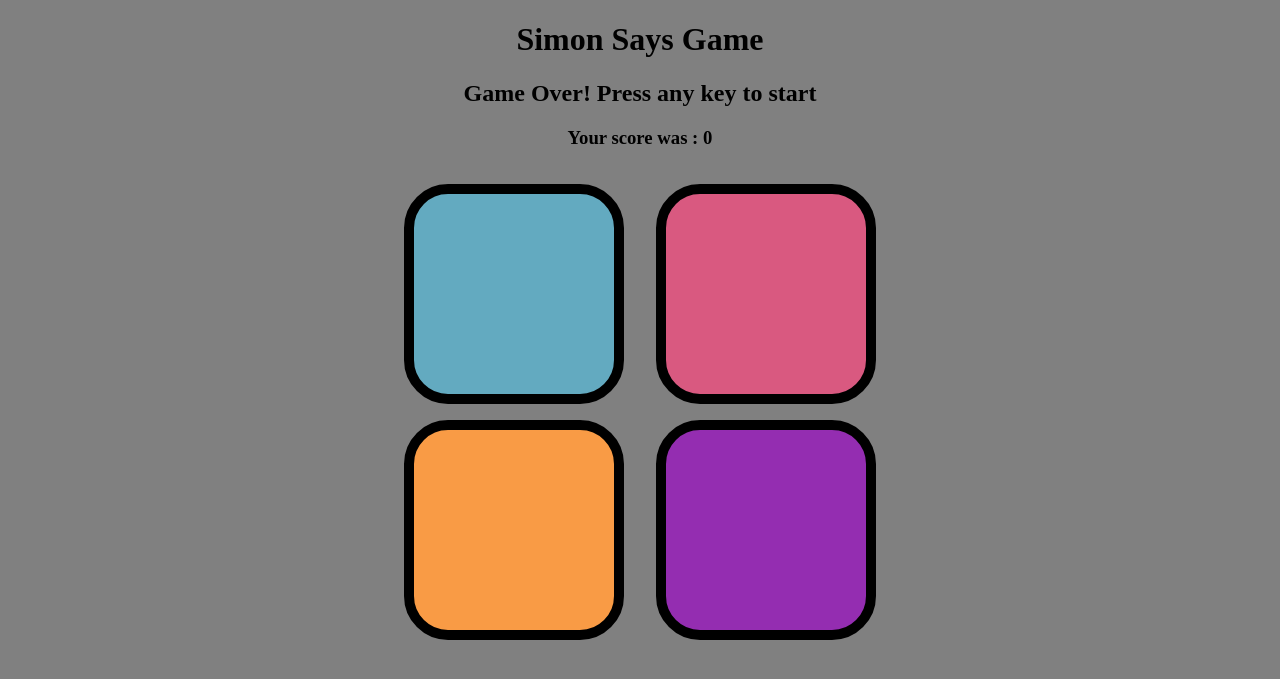
Repository: Ruchii02/javascript-mini-project
Page: index.html
An editor plug-in stored every save of this project. The page is shown before and after the next save, followed by the edit.
The browser window is 1280 px wide. The pictures show the whole page.
After loading, the first visible `#green` was clicked once.

Above is the page before, as saved 2024-07-02 11:51:49.

### index.html
<!DOCTYPE html>
<html lang="en">
<head>
    <meta charset="UTF-8">
    <meta name="viewport" content="width=device-width, initial-scale=1.0">
    <title>Document</title>
    <link rel="stylesheet" href="style.css">
</head>
<body>
   <h1>Simon Says Game</h1>
   <h2>Press any key to start game</h2>
   <h3><b></b></h3>
   <div class="btn-container">
    <div class="fline">
        <div class="btn green" type="button" id="green"></div>
        <div class="btn yellow" type="button" id="yellow"></div>
    </div>
    <div class="sline">
        <div class="btn red" type="button" id="red"></div>
        <div class="btn blue" type="button" id="blue"></div>
    </div>
   </div>
   <script src="app.js"></script>
</body>
</html>

### style.css
body{
    text-align: center;
    background-color:gray;
}
.btn{
    height: 200px;
    width: 200px;
    border-radius: 20%;
    border: 10px solid black;
    margin: 1rem;

}
.btn-container{
    display: flex;
    justify-content: center;

}
.yellow{
    background-color:#f99b45;
}
.red{
    background-color:#d95980;
}
.green{
    background-color:#63aac0;
}
.blue{
    background-color:#942db1;
}
.flash{
    background-color: white;
}
.userFlash{
    background-color: rgb(107, 209, 107);
}

### app.js
let gameSeq=[];
let userSeq=[];
 let start = false;
 let level=0;
let btns =["yellow","green","red" , "blue"];
let h2= document.querySelector("h2");
let h3 = document.querySelector("h3");
 document.addEventListener("keypress" , function(){
   if(start==false){
    console.log("game started");
    start = true;

     levelup();
   }
 });

 function btnFlash(btn){
    btn.classList.add("flash");
    //let f = document.querySelector(".flash");
    //f.background-color(white);
    setTimeout(function() {
      btn.classList.remove("flash");

    } , 250);
 }
 function userFlash(btn){
  btn.classList.add("userFlash");
  setTimeout(function() {
    btn.classList.remove("userFlash");

  } , 250);
}

 function levelup(){
  userSeq = [];
    level++;
    h2.innerText=`Level ${level}`;
     let ranInd = Math.floor(Math.random()*3);
     let ranCol= btns[ranInd];
     let ranBtn = document.querySelector(`.${ranCol}`);
     gameSeq.push(ranCol);
     btnFlash(ranBtn);
    }

    function checkAns( idx ){
      if(userSeq[idx] === gameSeq[idx]){
       if(userSeq.length == gameSeq.length){
       setTimeout(levelup,1000);
       }
      }else{
        h2.innerText   = `Game Over! Press any key to start`;
        h3.innerHTML = `Your score was :<b> ${level}</b>`;
        document.querySelector("body").style.backgroundColor = "red";
        setTimeout(function(){
          document.querySelector("body").style.backgroundColor = "gray";
        } , 150)
        reset()
      }


    }

    function btnPress (){
      let btn = this;
      userFlash(btn);
      //console.log("btn was pressed");

      userColor = btn.getAttribute("id");
      userSeq.push(userColor);

      checkAns(userSeq.length-1);

    }

    let allBtns = document.querySelectorAll(".btn");
    for(btn of allBtns){
      btn.addEventListener("click" , btnPress);
    }

    function reset(){
      start = false ;
      gameSeq = [];
      userSeq = [];
      level = 0;
    }

After the next save:
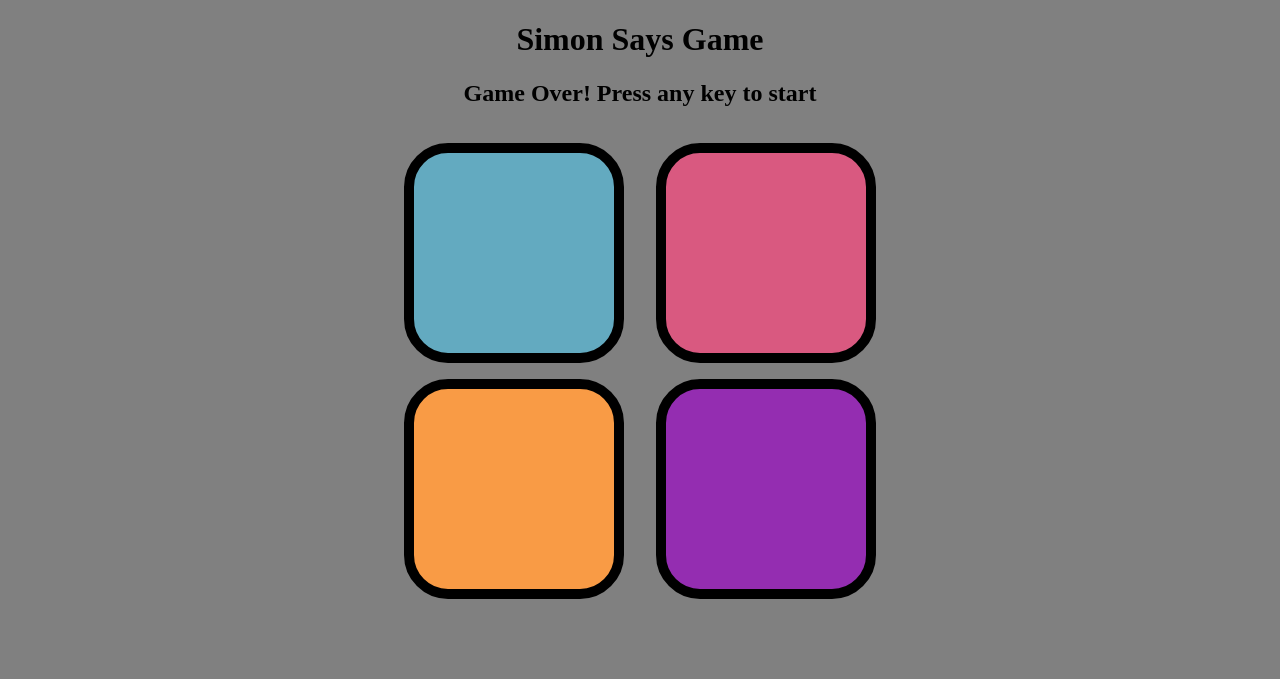
Saved 88 s later.
--- a/app.js
+++ b/app.js
@@ -49,7 +49,7 @@
        }
       }else{
         h2.innerText   = `Game Over! Press any key to start`;
-        h3.innerHTML = `Your score was :<b> ${level}</b>`;
+       // h3.innerHTML = `Your score was :<b> ${level}</b>`;
         document.querySelector("body").style.backgroundColor = "red";
         setTimeout(function(){
           document.querySelector("body").style.backgroundColor = "gray";

After the 2 saves that followed:
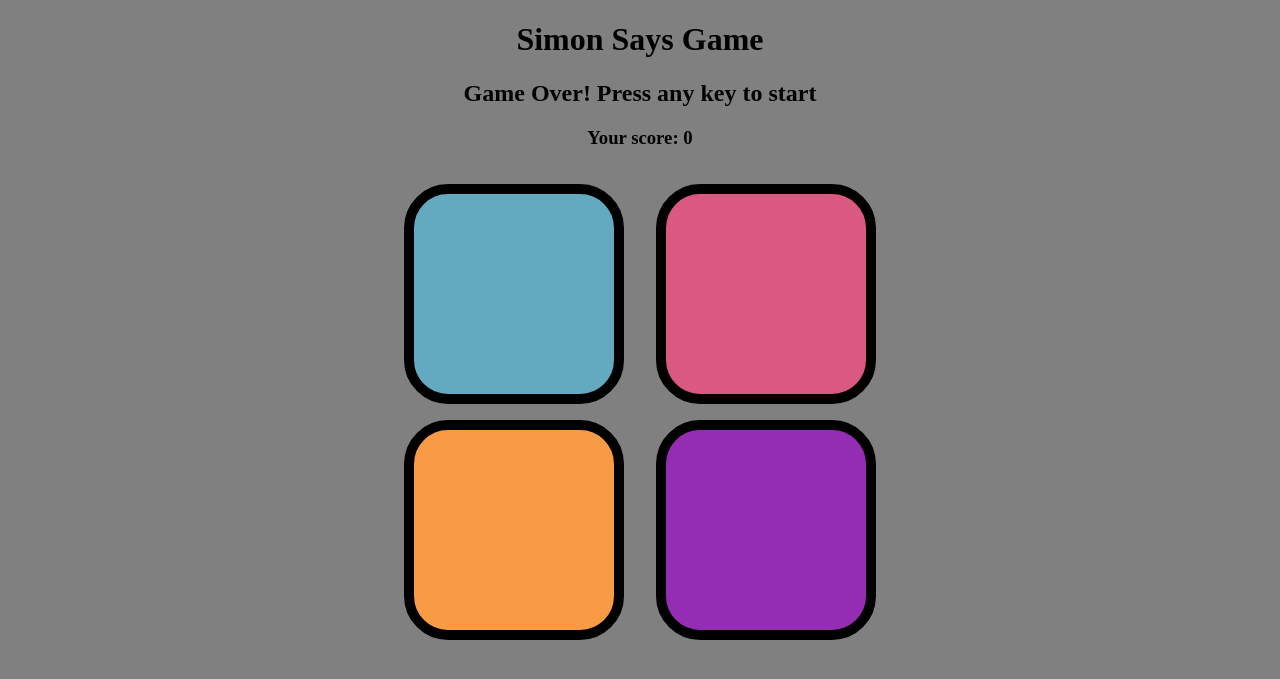
The 2 saves are shown as one change because 1 left the picture as it was.
The last was saved 9 min 19 s later.
--- a/app.js
+++ b/app.js
@@ -2,6 +2,7 @@
 let userSeq=[];
  let start = false;
  let level=0;
+ let score =0;
 let btns =["yellow","green","red" , "blue"];
 let h2= document.querySelector("h2");
 let h3 = document.querySelector("h3");
@@ -41,15 +42,25 @@
      gameSeq.push(ranCol);
      btnFlash(ranBtn);
     }
+    function scoreUp(){
+      score++;
+    }
 
     function checkAns( idx ){
       if(userSeq[idx] === gameSeq[idx]){
        if(userSeq.length == gameSeq.length){
        setTimeout(levelup,1000);
+       scoreUp();
        }
       }else{
         h2.innerText   = `Game Over! Press any key to start`;
-       // h3.innerHTML = `Your score was :<b> ${level}</b>`;
+        if(score>level){
+          h3.innerHTML = `Your score:<b> ${level}</b> <br> High score :${score}`;
+        }else{
+          h3.innerHTML = `Your score:<b> ${level}</b>`;
+        }
+
+
         document.querySelector("body").style.backgroundColor = "red";
         setTimeout(function(){
           document.querySelector("body").style.backgroundColor = "gray";
